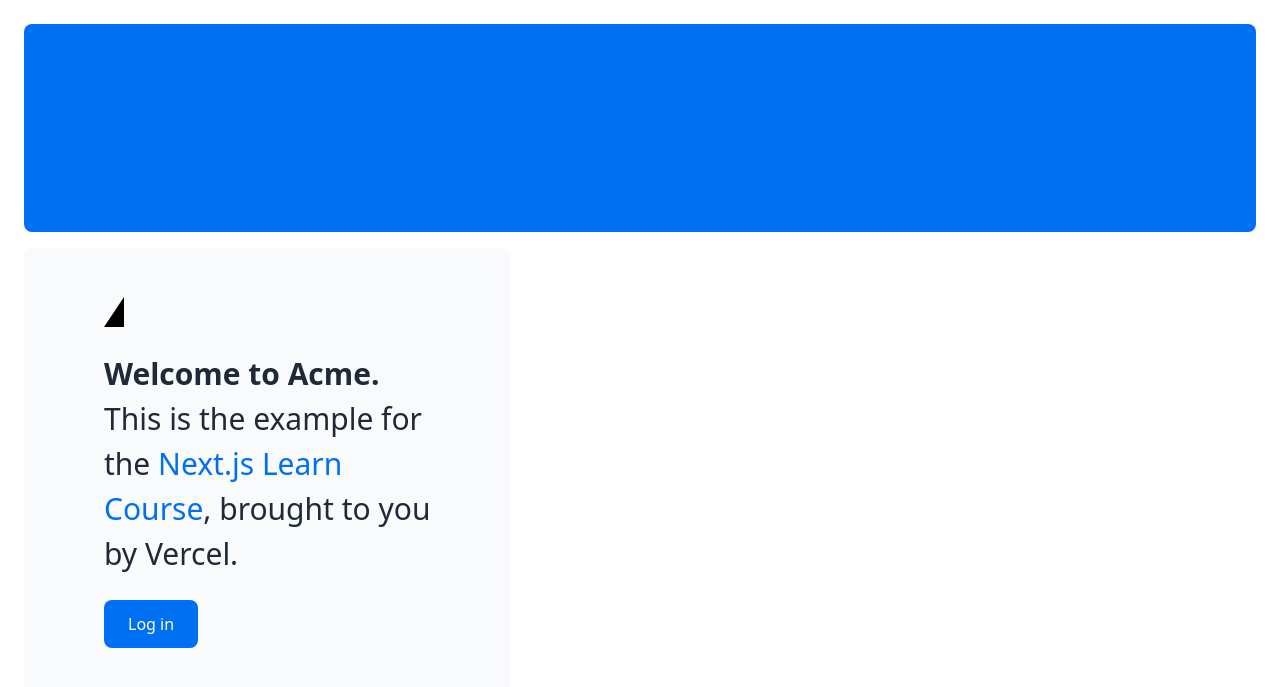
Repository: dev1siWoo/nextjs-dashboard
Page: /
These files come from the project's save history. The page is drawn as it stood at one moment and after a run of saves; the edit follows.
The browser window is 1280 px wide. The pictures show the whole page.
The project was rebuilt for these pictures with package versions that can differ from the ones it lists, and the page was loaded fresh each time. The framework's server and built-in components were replaced by stand-ins that run in the browser. Also part of the build but not shown: next.config.js, app/ui/home.module.css.

Above is the page before, as saved 2023-10-27 17:50:01.

After the next 2 saves:
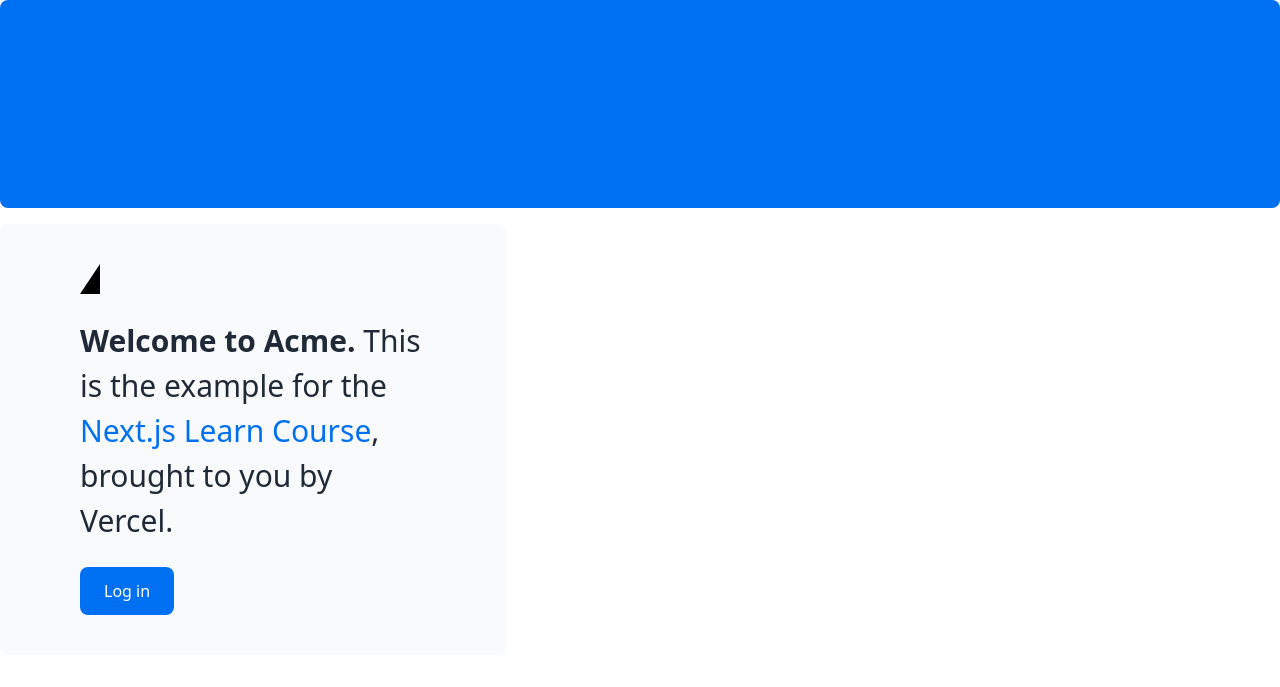
The 2 saves are shown as one change because they came seconds apart.
The last was saved 2 min 48 s later.
--- a/app/page.tsx
+++ b/app/page.tsx
@@ -3,7 +3,7 @@
 import Link from "next/link"
 export default function Page() {
 	return (
-		<main className='flex min-h-screen flex-col p-6'>
+		<main className={styles}>
 			<div className='flex h-20 shrink-0 items-end rounded-lg bg-blue-500 p-4 md:h-52'>
 				{/* <AcmeLogo /> */}
 			</div>
